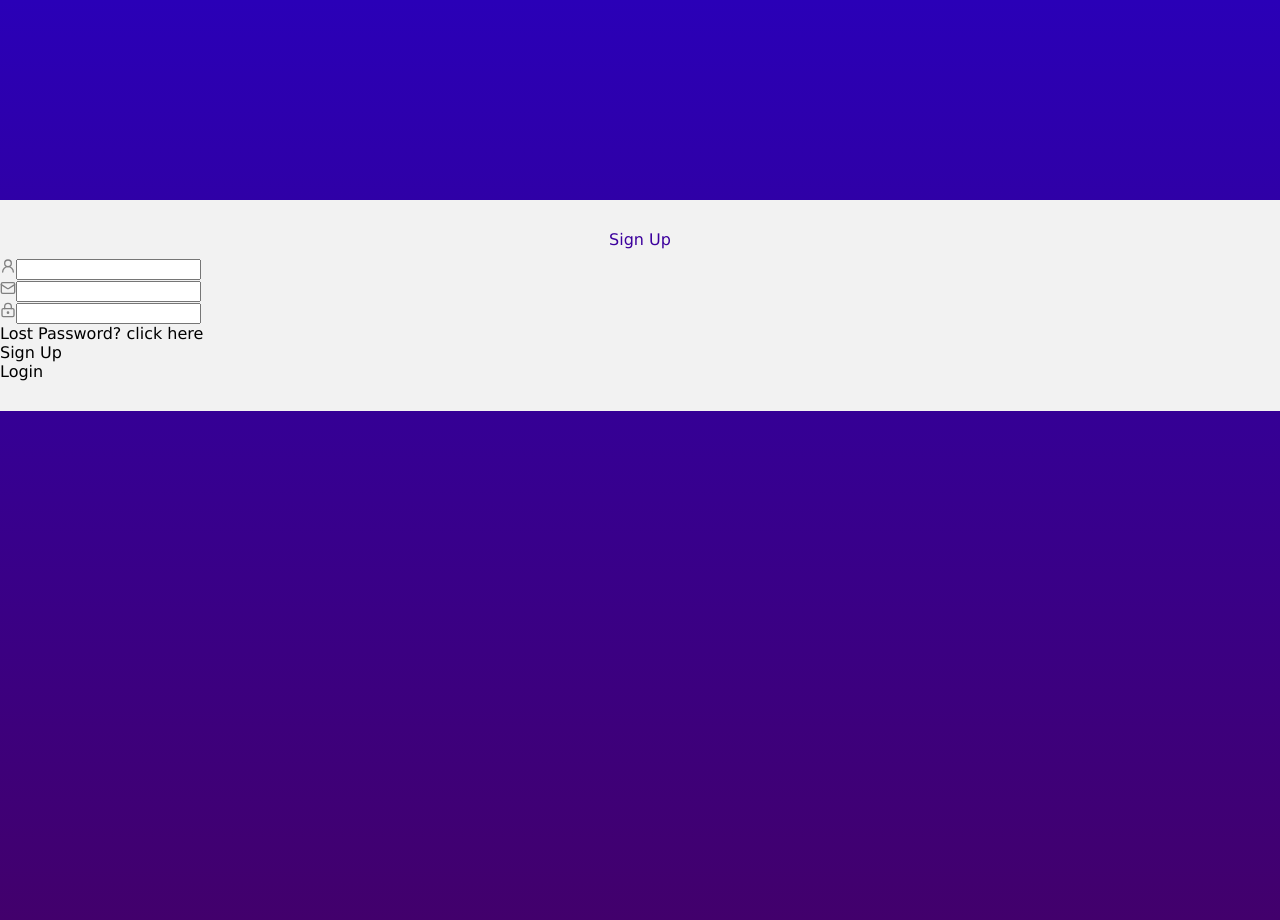
Repository: guilhermecardoso93/login-page
Page: /
An editor plug-in stored every save of this project. The page is shown before and after the next save, followed by the edit.
The browser window is 1280 px wide. The pictures show the whole page.
The project was rebuilt for these pictures with package versions that can differ from the ones it lists, and the page was loaded fresh each time. Also part of the build but not shown: vite.config.js.

Above is the page before, as saved 2024-10-22 19:20:47.

After the next save:
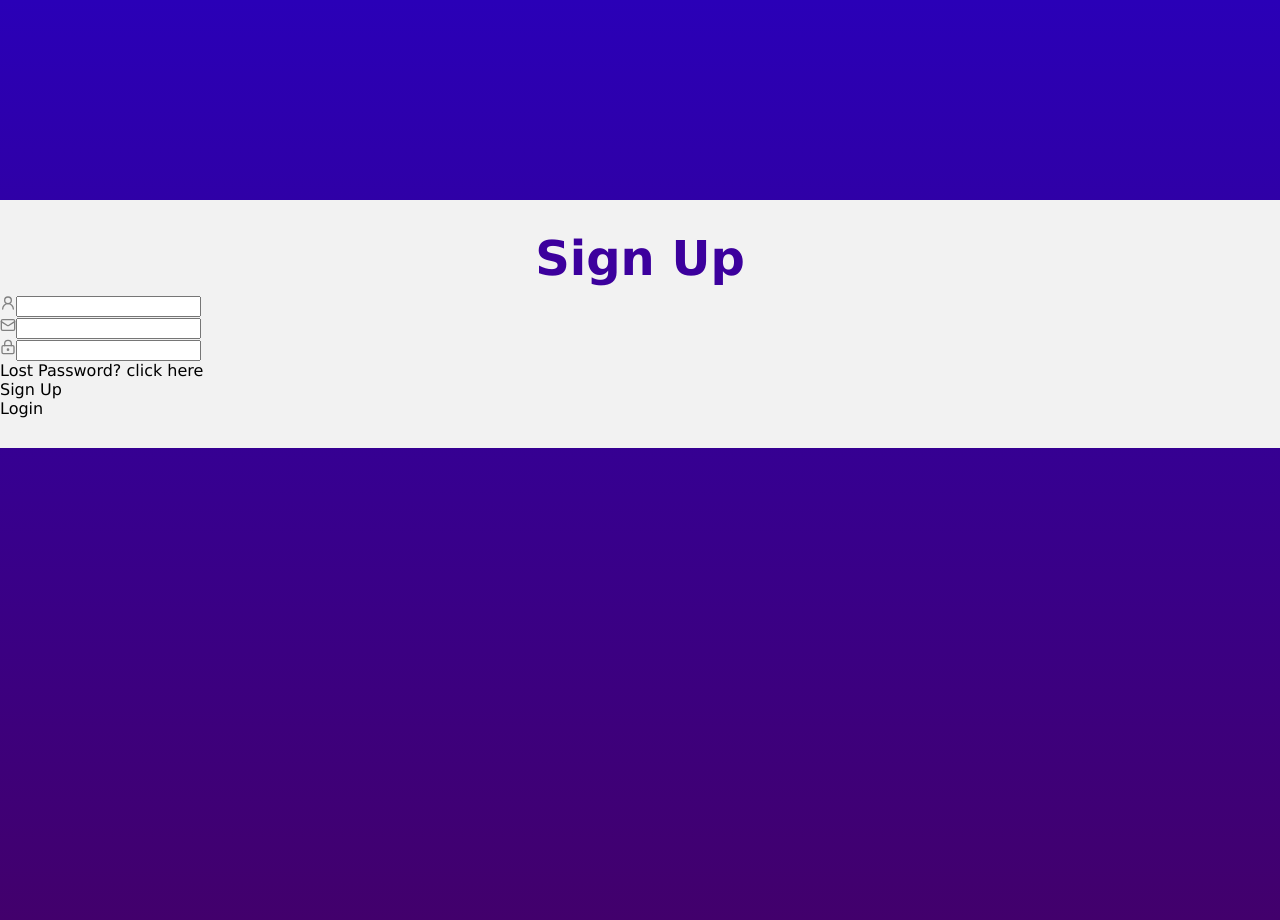
Saved 20 s later.
--- a/src/components/Login/Login.css
+++ b/src/components/Login/Login.css
@@ -14,8 +14,10 @@ header {
   gap: 9px;
   width: 100%;
   margin-top: 30px;
- }
+}
 
- header span {
+header span {
   color: #3c009d;
- }
+  font-size: 48px;
+  font-weight: 700;
+}
